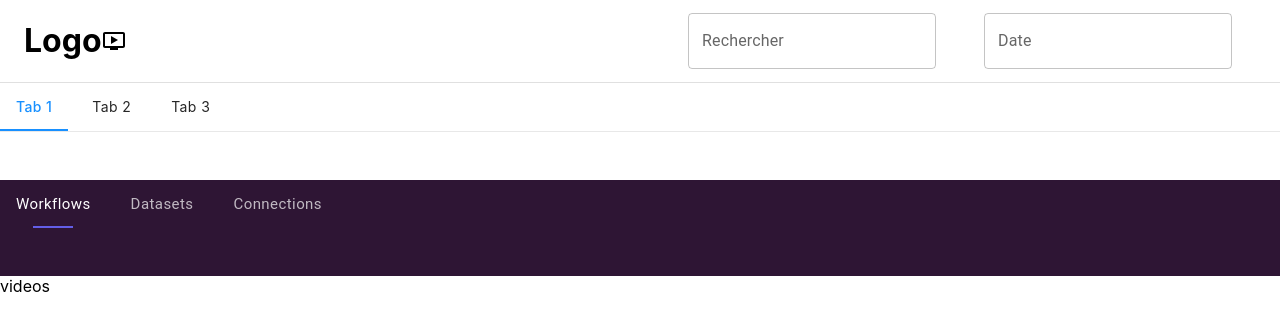
Repository: helmiz02/newproj
Page: /
An editor plug-in stored every save of this project. The page is shown before and after the next save, followed by the edit.
The browser window is 1280 px wide. The pictures show the whole page.
The project was rebuilt for these pictures with package versions that can differ from the ones it lists, and the page was loaded fresh each time. Also part of the build but not shown: src/App.css.

Above is the page before, as saved 2022-02-21 10:41:16.

After the next save:
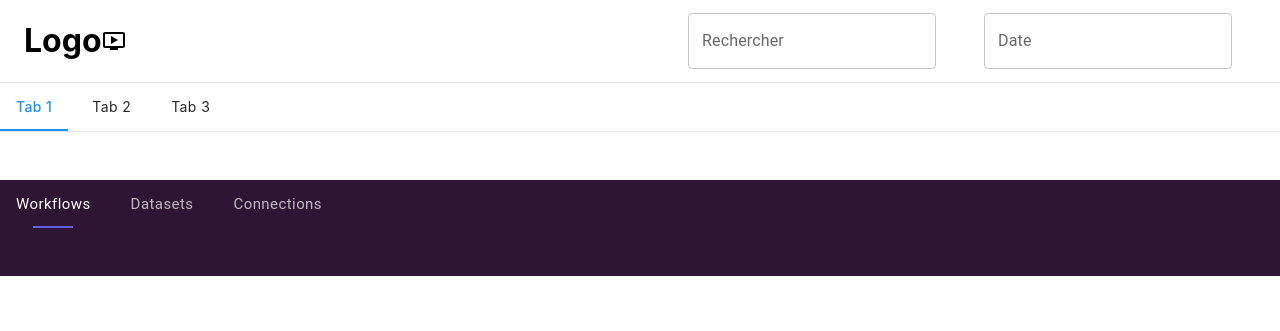
Saved 21 s later.
--- a/src/component/videos/index.js
+++ b/src/component/videos/index.js
@@ -4,7 +4,6 @@ export default function Videos() {
   return (
     <>
      <TabsComponent />
-      <div>videos</div>
     </>
   );
 }
